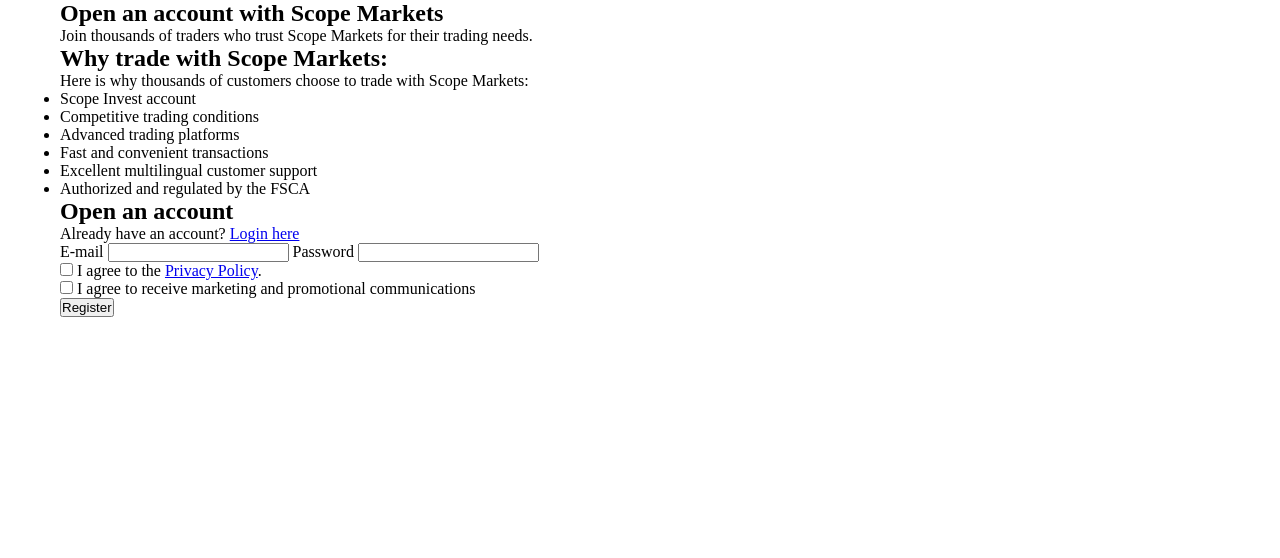
Repository: Jacques-Jaki-Morkel/vaultmarkets_SignupFlow
Page: index.HTML
These files come from the project's save history. The page is drawn as it stood at one moment and after the next save; the edit follows.
The browser window is 1280 px wide. The pictures show the whole page.

Above is the page before, as saved 2025-07-30 13:51:08.

### index.HTML
<!DOCTYPE html>
<html lang="en">
<head>
    <meta charset="UTF-8">
    <meta name="viewport" content="width=device-width, initial-scale=1.0">
    <title>Vault Markets - SignUP flow
    </title>
    <link rel="stylesheet" href="styles.css">
</head>
<body>
    <!-- Open account Section -->
    <section class="container-size openAccount-1">
        <div class="col-1">
            <h1>Open an account with Scope Markets</h1>
            <p>Join thousands of traders who trust Scope Markets for their trading needs.</p>
      <h2>Why trade with Scope Markets:</h2>
      <p>Here is why thousands of customers choose to trade with Scope Markets:</p>
      <ul>
        <li>Scope Invest account</li>
        <li>Competitive trading conditions</li>
        <li>Advanced trading platforms</li>
        <li>Fast and convenient transactions</li>
        <li>Excellent multilingual customer support</li>
        <li>Authorized and regulated by the FSCA</li>
      </ul>
    </div>

    <div>
      <h2>Open an account</h2>
      <p>Already have an account? <a href="#">Login here</a></p>

      <form action="#" method="POST">
        <label for="email">E-mail</label>
        <input type="email" id="email" name="email" required>

        <label for="password">Password</label>
        <input type="password" id="password" name="password" required>

        <div>
          <input type="checkbox" id="privacy" name="privacy" required>
          <label for="privacy">I agree to the <a href="#">Privacy Policy</a>.</label>
        </div>

        <div>
          <input type="checkbox" id="marketing" name="marketing">
          <label for="marketing">I agree to receive marketing and promotional communications</label>
        </div>

        <button type="submit">Register</button>
      </form>
    </div>
    </section>

    <script src="script.js"></script>
</body>
</html>

### styles.css
/* Reset and Base Styles */
* {
    margin: 0;
    padding: 0;
    box-sizing: border-box;
}

:root{
    --primary-color: #c89006;
    --secondary-color: #6c757d;
    --background-color: #f8f9fa;
    --text-color: #292929;
    --link-color: #007bff;
}

.container-size{
    max-width: 1200px;
    margin: 0 auto;
    padding: 0 20px;
}
.openAccount-1

Loaded but not shown: script.js (no stored copy; drawn as an empty file)

After the next save:
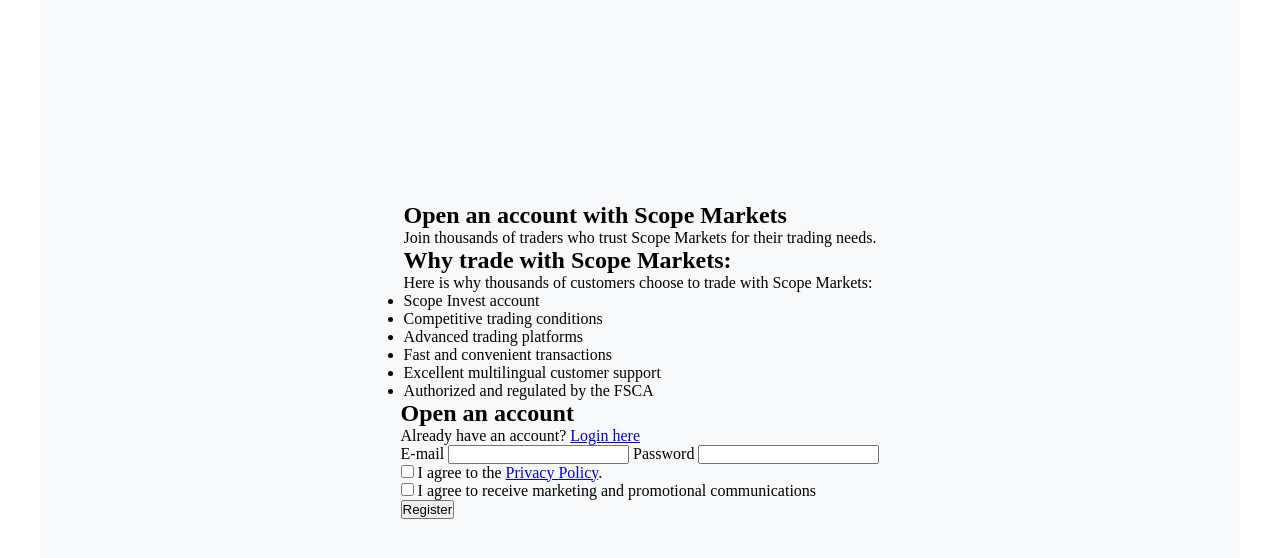
Saved 15 s later.
--- a/styles.css
+++ b/styles.css
@@ -18,4 +18,11 @@
     margin: 0 auto;
     padding: 0 20px;
 }
-.openAccount-1
+.openAccount-1{
+    display: flex;
+    flex-direction: column;
+    align-items: center;
+    justify-content: center;
+    height: 100vh;
+    background-color: var(--background-color);
+}
